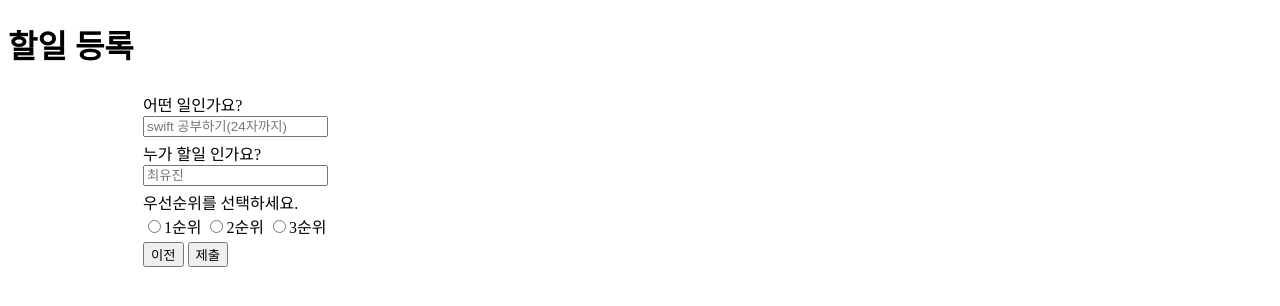
Repository: estellechoi/jsp-project-todo
Page: http://localhost/todo/jsp/form.jsp
These files come from the project's save history. The page is drawn as it stood at one moment and after the next save; the edit follows.
The browser window is 1280 px wide. The pictures show the whole page.
The page is served by Tomcat 9.

Above is the page before, as saved 2019-12-08 06:54:05.

After the next save:
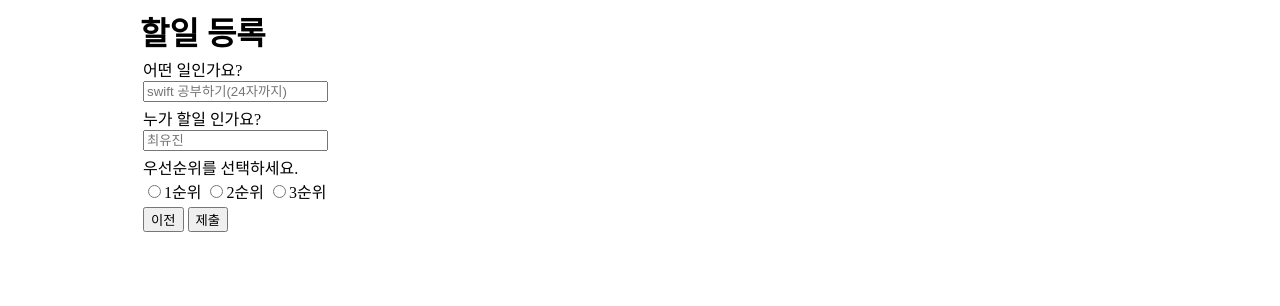
Saved 14 s later.
--- a/todo/src/main/webapp/jsp/form.jsp
+++ b/todo/src/main/webapp/jsp/form.jsp
@@ -6,7 +6,7 @@
 <meta charset="UTF-8">
 <title>Insert title here</title>
 <style>
-	table {
+	table, h1 {
 		width: 1000px;
 		margin: auto;
 	}
